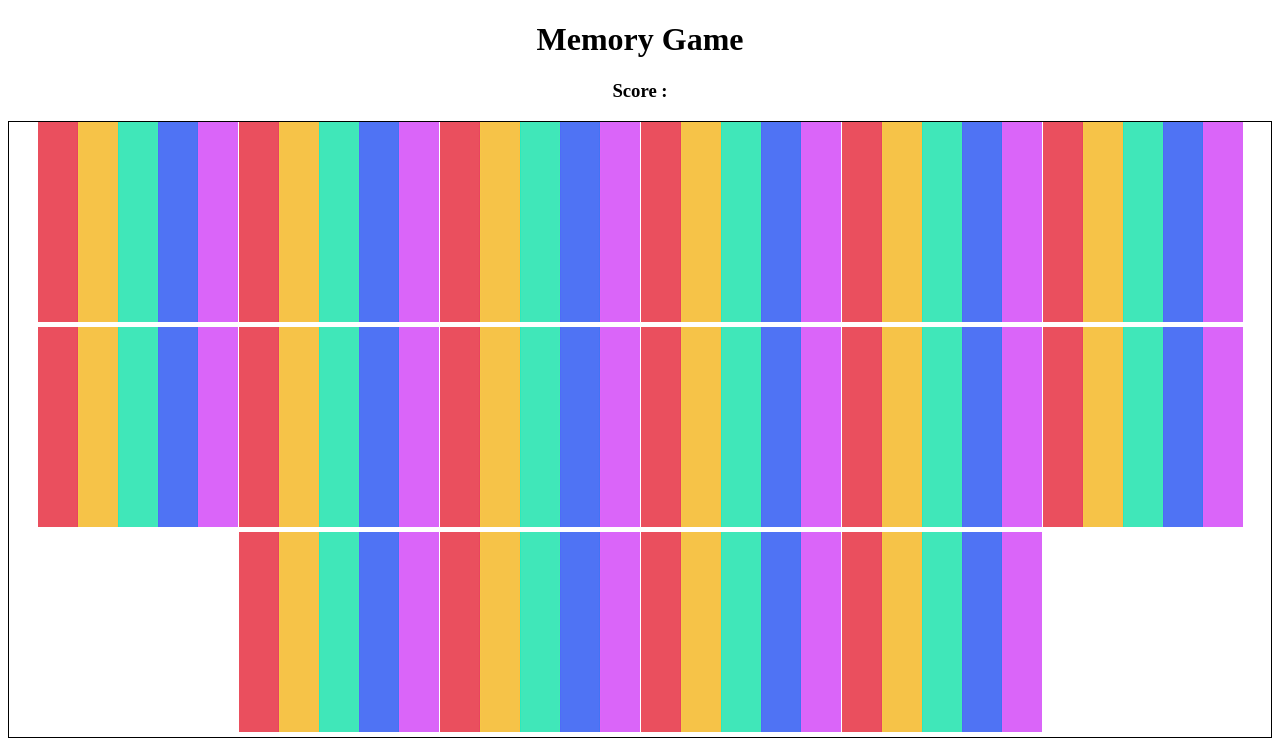
Repository: divyaravada/javascript-games
Page: memory-game/memorygame.html
An editor plug-in stored every save of this project. The page is shown before and after the next save, followed by the edit.
The browser window is 1280 px wide. The pictures show the whole page.

Above is the page before, as saved 2022-03-15 16:48:25.

After the next save:
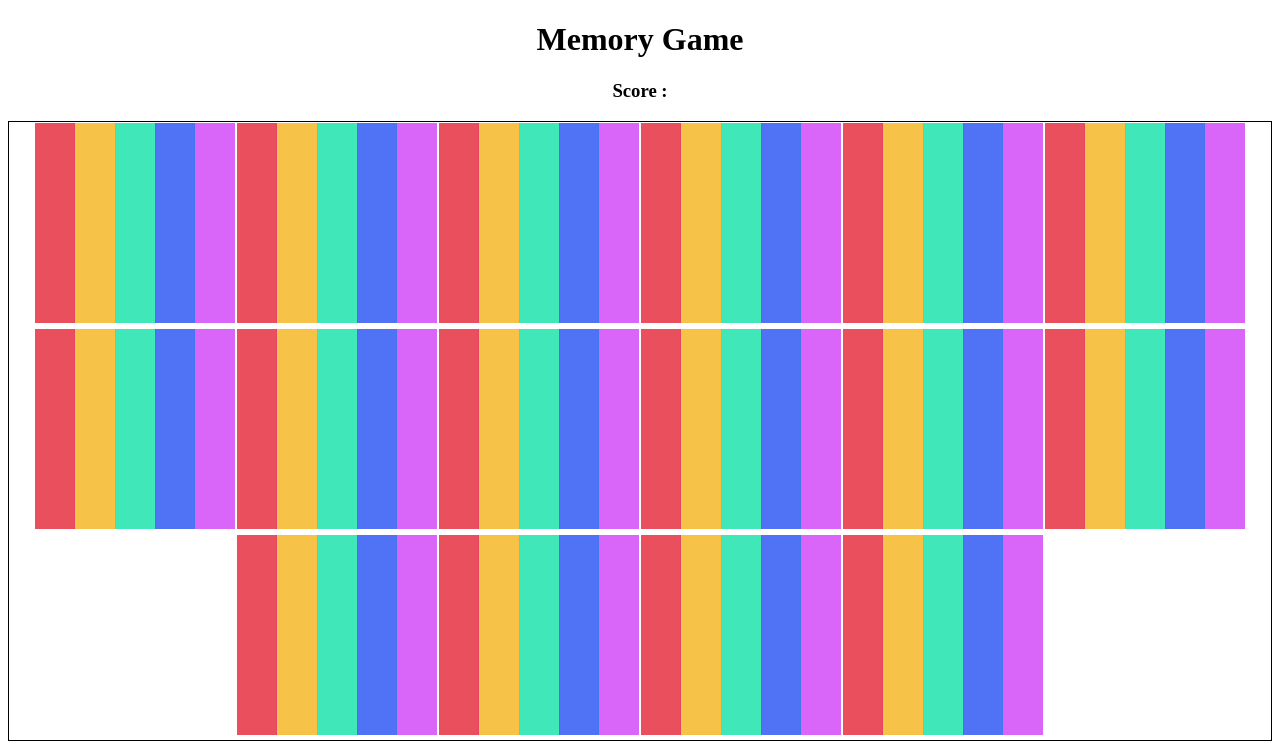
Saved 8 s later.
--- a/memory-game/memorystyle.css
+++ b/memory-game/memorystyle.css
@@ -12,5 +12,5 @@
 #grid img {
   width: 200px;
   height: 200px;
-  padding: 0.5px;
+  padding: 1px;
 }
